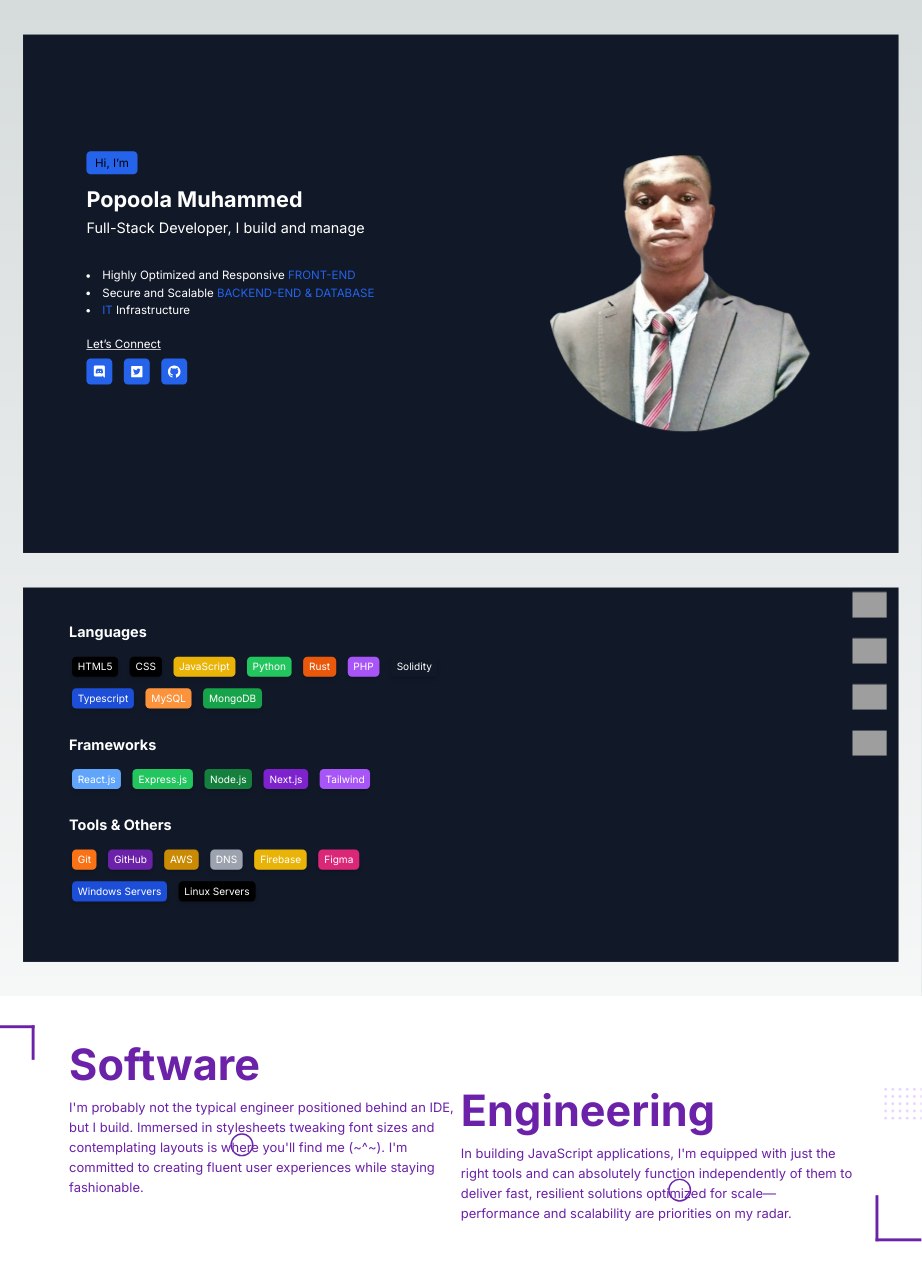
Repository: muhammedctgr/hammedctgr
Page: /
These files come from the project's save history. The page is drawn as it stood at one moment and after the next save; the edit follows.
The browser window is 1280 px wide. The pictures show the whole page, at 72% of full size.
Pictures or frames that could not be fetched are drawn as grey boxes. The project was rebuilt for these pictures with package versions that can differ from the ones it lists, and the page was loaded fresh each time. The framework's server and built-in components were replaced by stand-ins that run in the browser. Also part of the build but not shown: next.config.mjs.

Above is the page before, as saved 2024-08-03 08:22:04.

### app/layout.tsx
import type { Metadata } from "next";
import { Inter } from "next/font/google";
import "./globals.css";

const inter = Inter({ subsets: ["latin"] });

export const metadata: Metadata = {
  title: "Popoola Muhammed",
  description: "Generated by create next app",
};

export default function RootLayout({
  children,
}: Readonly<{
  children: React.ReactNode;
}>) {
  return (
    <html lang="en">
      <body className={inter.className}>{children}</body>
    </html>
  );
}

### app/page.tsx
import Head from 'next/head';
import Hero from '../components/Hero';
import SkillsSection from '@/components/SkillsSection';
import SummarySection from '@/components/SummarySection';


const Home = () => (
  <div>
    <Head>
      <title>Popoola Muhammed</title>
      <meta name="description" content="Welcome to my developer portfolio" />
    </Head>

    <Hero />
    <SkillsSection />
    <SummarySection />
  </div>
);

export default Home;

### app/globals.css
@tailwind base;
@tailwind components;
@tailwind utilities;

:root {
  --foreground-rgb: 0, 0, 0;
  --background-start-rgb: 214, 219, 220;
  --background-end-rgb: 255, 255, 255;
}

@media (prefers-color-scheme: dark) {
  :root {
    --foreground-rgb: 255, 255, 255;
    --background-start-rgb: 0, 0, 0;
    --background-end-rgb: 0, 0, 0;
  }
}

body {
  color: rgb(var(--foreground-rgb));
  background: linear-gradient(
      to bottom,
      transparent,
      rgb(var(--background-end-rgb))
    )
    rgb(var(--background-start-rgb));
}

@layer utilities {
  .text-balance {
    text-wrap: balance;
  }
}


@keyframes upDown {
  0%, 100% {
    transform: translateY(0);
  }
  50% {
    transform: translateY(-10px); /* Adjust the value as needed */
  }
}

.animate-upDown {
  animation: upDown 2s infinite ease-in-out; /* Adjust duration as needed */
}

### components/Hero.tsx
import Image from 'next/image';
import profilePic from '../public/profile.png';
import { AiFillDiscord, AiFillGithub, AiFillTwitterSquare, AiFillX } from 'react-icons/ai';

const Hero = () => {
  return (
    <section className="bg-gray-900 m-12 mx-8  text-white min-h-screen flex items-center">
      <div className="container mx-auto flex flex-col md:flex-row items-center">
        <div className="flex-1 text-left md:text-left p-8 pt-2 m-14 mt-2">
          <div className="inline-block bg-blue-600 text-black py-1 px-3 mb-4 rounded-md">
            Hi, I’m
          </div>
          <div className="mb-10">
          <h1 className="text-2xl md:text-3xl font-bold">Popoola Muhammed</h1>
          <p className="mt-2  md:text-xl">Full-Stack Developer, I build and manage</p>
          </div>
          <ul className="mt-4 list-disc list-inside whitespace-nowrap">
            <li>Highly Optimized and Responsive <span className="text-blue-600">FRONT-END</span></li>
            <li>Secure and Scalable <span className="text-blue-600">BACKEND-END & DATABASE</span></li>
            <li><span className="text-blue-600">IT</span> Infrastructure</li>
          </ul>
          <div className="mt-6">
            <a href="#contact" className=" underline">Let’s Connect</a>
            <div className="mt-2 flex md:justify-start space-x-4">
              <a href="#" className="bg-blue-600 p-2 rounded-md">
                <AiFillDiscord size={20} />
              </a>
              <a href="#" className="bg-blue-600 p-2 rounded-md">
                <AiFillTwitterSquare size={20} />
              </a>
              <a href="#" className="bg-blue-600 p-2 rounded-md">
                <AiFillGithub size={20} />
              </a>
            </div>
          </div>
        </div>
        <div className="flex-1 p-5">
          <div className="relative w-48 h-48 mx-8 md:w-72 md:h-72 lg:w-96 lg:h-96">
            <Image src={profilePic} alt="Popoola Muhammed" layout="fill" className="rounded-full object-cover animate-upDown" />
          </div>
        </div>
      </div>
    </section>
  );
};

export default Hero;

### components/SkillsSection.tsx
import Image from 'next/image';
import { FC } from 'react';

interface SkillCategory {
  title: string;
  skills: { name: string; color: string; }[];
}

const skills: SkillCategory[] = [
  {
    title: "Languages",
    skills: [
      { name: "HTML5", color: "bg-black" },
      { name: "CSS", color: "bg-black"},
      { name: "JavaScript", color: "bg-yellow-500" },
      { name: "Python", color: "bg-green-500" },
      { name: "Rust", color: "bg-orange-600" },
      { name: "PHP", color: "bg-purple-500" },
      { name: "Solidity", color: "bg-black-500" },
      { name: "Typescript", color: "bg-blue-700" },
      { name: "MySQL", color: "bg-orange-400" },
      { name: "MongoDB", color: "bg-green-600" },
    ],
  },
  {
    title: "Frameworks",
    skills: [
      { name: "React.js", color: "bg-blue-400" },
      { name: "Express.js", color: "bg-green-500" },
      { name: "Node.js", color: "bg-green-700" },
      { name: "Next.js", color: "bg-purple-700" },
      { name: "Tailwind", color: "bg-purple-500" },
    ],
  },
  {
    title: "Tools & Others",
    skills: [
      { name: "Git", color: "bg-orange-500" },
      { name: "GitHub", color: "bg-purple-800" },
      { name: "AWS", color: "bg-yellow-600" },
      { name: "DNS", color: "bg-gray-400" },
      { name: "Firebase", color: "bg-yellow-500" },
      { name: "Figma", color: "bg-pink-600" },
      { name: "Windows Servers", color: "bg-blue-700" },
      { name: "Linux Servers", color: "bg-black" },
    ],
  },
];

const icons = [
  "/icons/html5.svg", // Replace with your icon paths
  "/icons/css3.svg",
  "/icons/javascript.svg",
  "/icons/python.svg",
  // Add the rest of the icons as needed
];

const SkillsSection: FC = () => {
  return (
    <section className="m-12 mx-8 bg-gray-900 text-white">
      <div className="container mx-auto px-4 flex flex-col md:flex-row">
        <div className="flex-1 m-12">
          {skills.map((category) => (
            <div key={category.title} className="mb-8">
              <h2 className="text-xl font-bold mb-4">{category.title}</h2>
              <div className="flex flex-wrap gap-2">
                {category.skills.map((skill) => (
                  <span
                    key={skill.name}
                    className={`px-2 py-1 m-1 rounded-md text-sm ${skill.color} shadow-md`}
                  >
                    {skill.name}
                  </span>
                ))}
              </div>
            </div>
          ))}
        </div>
        <div className="flex-1 flex flex-col items-center md:items-end">
          <div className="grid grid-cols-3 md:grid-cols-1 gap-4">
            {icons.map((src, index) => (
              <div key={index} className="w-12 h-12 relative">
                <Image src={src} alt={`icon-${index}`} layout="fill" objectFit="contain" />
              </div>
            ))}
          </div>
        </div>
      </div>
    </section>
  );
};

export default SkillsSection;

### components/SummarySection.tsx
import { FC } from 'react';

const SummarySection: FC = () => {
  return (
    <section className="bg-white text-purple-800 py-16 relative overflow-hidden">
      <div className="container mx-auto px-6 md:px-12 lg:px-24 flex flex-col md:flex-row justify-between items-start">
        <div className="md:w-1/2 mb-16 md:mb-0 ">
          <div className="mb-4 flex items-center">
            <span className="text-6xl font-bold">Software</span>
          </div>
          <p className="text-lg">
            I'm probably not the typical engineer positioned behind an IDE, but I build. Immersed in stylesheets tweaking font sizes and contemplating layouts is where you'll find me (~^~). I'm committed to creating fluent user experiences while staying fashionable.
          </p>
        </div>
        <div className="md:w-1/2 md:mt-16">
          <div className="mb-4 flex items-center">
            <span className="text-6xl font-bold">Engineering</span>
          </div>
          <p className="text-lg">
            In building JavaScript applications, I'm equipped with just the right tools and can absolutely function independently of them to deliver fast, resilient solutions optimized for scale—performance and scalability are priorities on my radar.
          </p>
        </div>
      </div>

      {/* Decorative Elements */}
      <div className="absolute top-10 left-0 w-12 h-12 border-t-4 border-r-4 border-purple-800"></div>
      <div className="absolute top-1/2 left-1/4 w-8 h-8 border-2 border-purple-800 rounded-full"></div>
      <div className="absolute bottom-10 right-0 w-16 h-16 border-b-4 border-l-4 border-purple-800"></div>
      <div className="absolute bottom-1/4 right-1/4 w-8 h-8 border-2 border-purple-800 rounded-full"></div>
      <div className="absolute top-1/4 right-0 transform translate-x-12 translate-y-8">
        <svg className="fill-current text-purple-200" width="100" height="100" viewBox="0 0 100 100">
          <circle cx="2" cy="2" r="2" />
          <circle cx="12" cy="2" r="2" />
          <circle cx="22" cy="2" r="2" />
          <circle cx="32" cy="2" r="2" />
          <circle cx="42" cy="2" r="2" />
          <circle cx="52" cy="2" r="2" />
          <circle cx="62" cy="2" r="2" />
          <circle cx="72" cy="2" r="2" />
          <circle cx="82" cy="2" r="2" />
          <circle cx="92" cy="2" r="2" />
          <circle cx="2" cy="12" r="2" />
          <circle cx="12" cy="12" r="2" />
          <circle cx="22" cy="12" r="2" />
          <circle cx="32" cy="12" r="2" />
          <circle cx="42" cy="12" r="2" />
          <circle cx="52" cy="12" r="2" />
          <circle cx="62" cy="12" r="2" />
          <circle cx="72" cy="12" r="2" />
          <circle cx="82" cy="12" r="2" />
          <circle cx="92" cy="12" r="2" />
          <circle cx="2" cy="22" r="2" />
          <circle cx="12" cy="22" r="2" />
          <circle cx="22" cy="22" r="2" />
          <circle cx="32" cy="22" r="2" />
          <circle cx="42" cy="22" r="2" />
          <circle cx="52" cy="22" r="2" />
          <circle cx="62" cy="22" r="2" />
          <circle cx="72" cy="22" r="2" />
          <circle cx="82" cy="22" r="2" />
          <circle cx="92" cy="22" r="2" />
          <circle cx="2" cy="32" r="2" />
          <circle cx="12" cy="32" r="2" />
          <circle cx="22" cy="32" r="2" />
          <circle cx="32" cy="32" r="2" />
          <circle cx="42" cy="32" r="2" />
          <circle cx="52" cy="32" r="2" />
          <circle cx="62" cy="32" r="2" />
          <circle cx="72" cy="32" r="2" />
          <circle cx="82" cy="32" r="2" />
          <circle cx="92" cy="32" r="2" />
          <circle cx="2" cy="42" r="2" />
          <circle cx="12" cy="42" r="2" />
          <circle cx="22" cy="42" r="2" />
          <circle cx="32" cy="42" r="2" />
          <circle cx="42" cy="42" r="2" />
          <circle cx="52" cy="42" r="2" />
          <circle cx="62" cy="42" r="2" />
          <circle cx="72" cy="42" r="2" />
          <circle cx="82" cy="42" r="2" />
          <circle cx="92" cy="42" r="2" />
        </svg>
      </div>
    </section>
  );
};

export default SummarySection;

Loaded but not shown: tailwind.config.ts (common file)

After the next save:
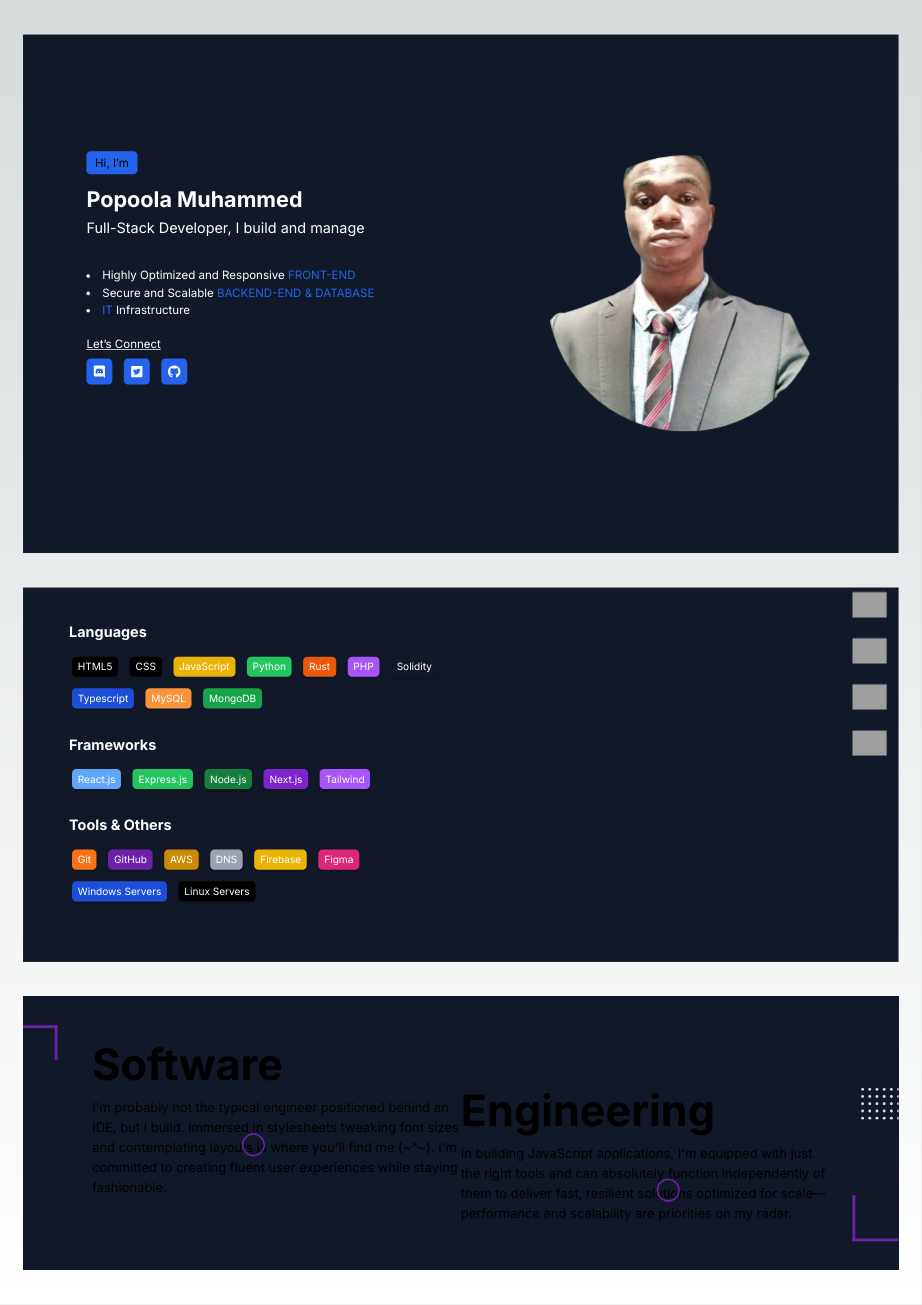
Saved 86 s later.
--- a/components/SummarySection.tsx
+++ b/components/SummarySection.tsx
@@ -2,7 +2,7 @@ import { FC } from 'react';
 
 const SummarySection: FC = () => {
   return (
-    <section className="bg-white text-purple-800 py-16 relative overflow-hidden">
+    <section className="m-12 mx-8 bg-gray-900 py-16 relative overflow-hidden">
       <div className="container mx-auto px-6 md:px-12 lg:px-24 flex flex-col md:flex-row justify-between items-start">
         <div className="md:w-1/2 mb-16 md:mb-0 ">
           <div className="mb-4 flex items-center">
